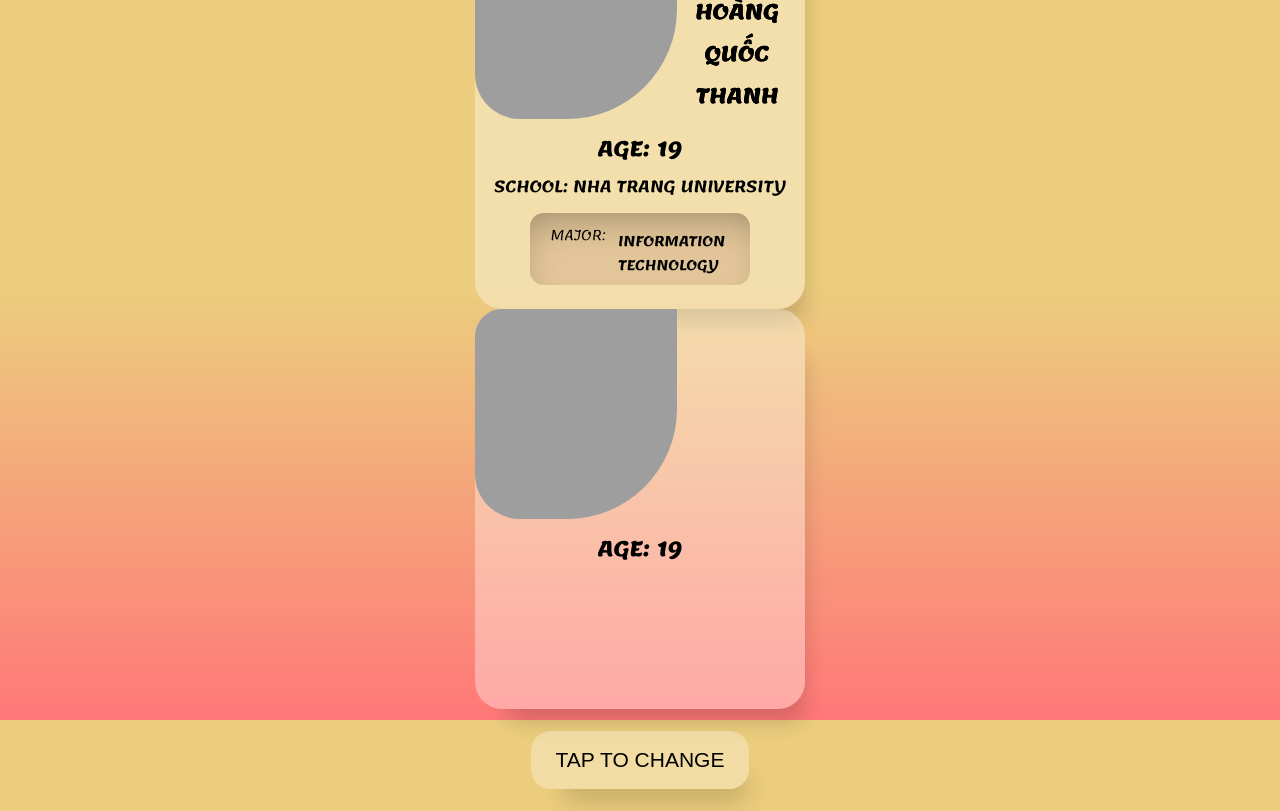
Repository: ThanhThn/profile
Page: index.html
The author's editor kept a copy of each file at every save. The page is drawn from the files as they stood at one save, then again after the next save.
The browser window is 1280 px wide. The pictures show the whole page.
Pictures or frames that could not be fetched are drawn as grey boxes. Some web fonts or font styles are not loaded; a fallback is used.

Above is the page before, as saved 2022-12-09 22:39:07.

After the next save:
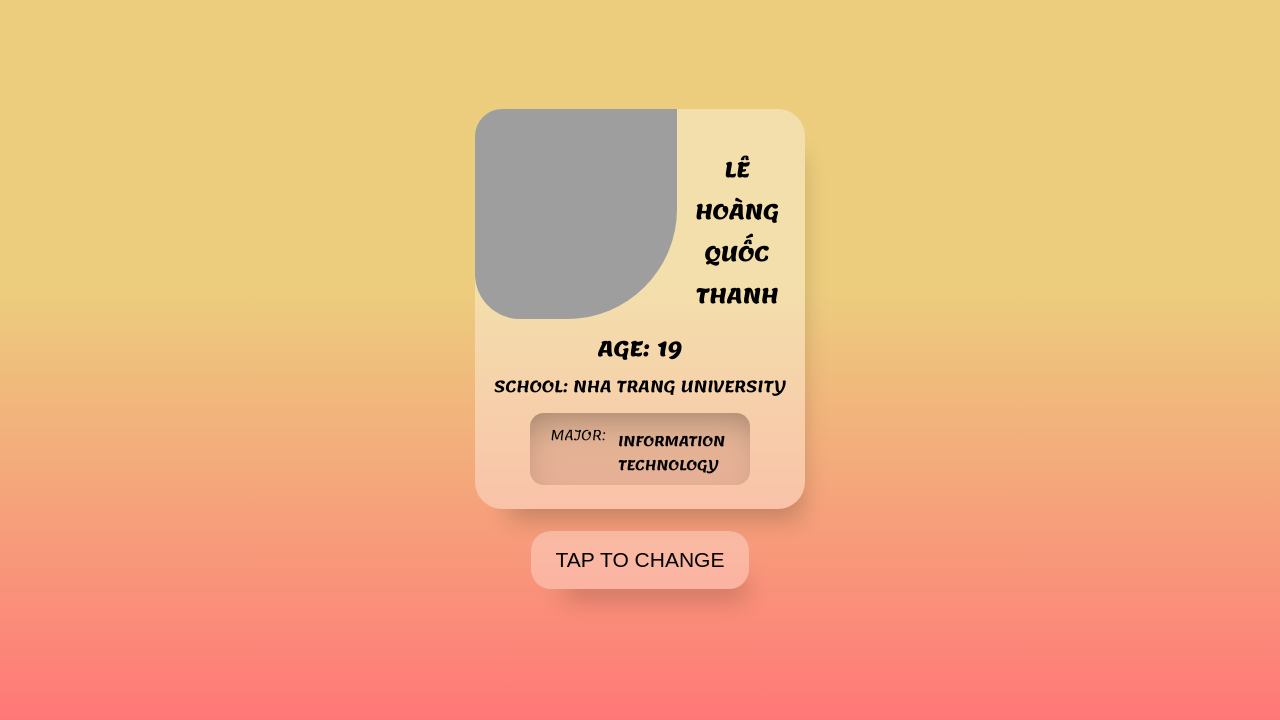
Saved 44 s later.
--- a/index.html
+++ b/index.html
@@ -19,7 +19,7 @@
                 <span id = "major--name">information technology</span>
             </div>
         </div>
-        <div class="content">
+        <div class="content" style="display: none">
             <img src="avata.jpg" alt="avatar">
             <span class="name">LÊ hoàng quốc thanh</span>
             <span class="age" ></span>
